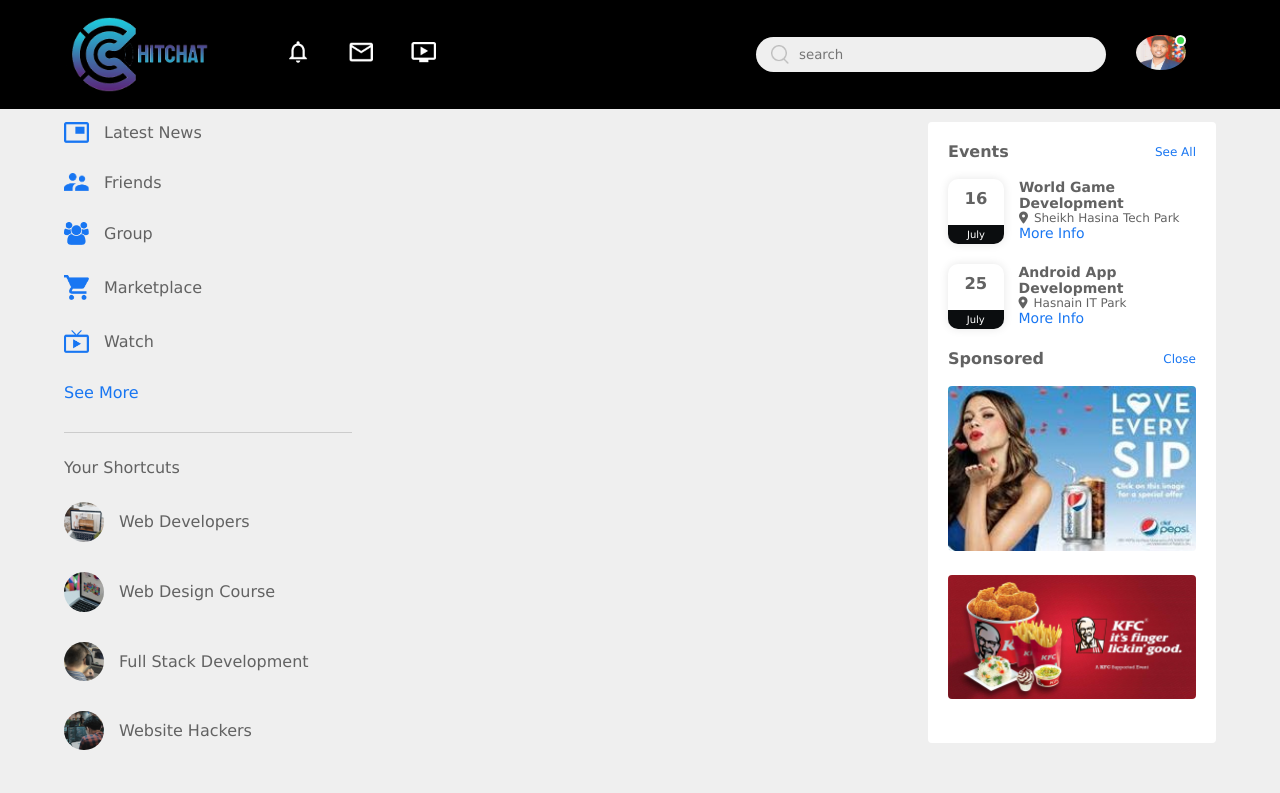
Repository: omarhasnain/ChitChat
Page: index.html
An editor plug-in stored every save of this project. The page is shown before and after the next save, followed by the edit.
The browser window is 1280 px wide. The pictures show the whole page.
Some web libraries are served in a nearby version.

Above is the page before, as saved 2021-07-12 22:34:03.

### index.html
<!DOCTYPE html>
<html lang="en">

<head>
    <meta charset="UTF-8">
    <meta http-equiv="X-UA-Compatible" content="IE=edge">
    <meta name="viewport" content="width=device-width, initial-scale=1.0">
    <title>ChitChat</title>
    <link rel="stylesheet" href="style.css">
    <link rel="shortcut icon" href="images/fav-ico.ico" type="image/x-icon">
    <script src="https://kit.fontawesome.com/07933890e6.js" crossorigin="anonymous"></script>
</head>

<body>
    <nav>
        <div class="nav-left">
            <img src="images/logo4.png" alt="logo" class="logo">
            <ul>
                <li><img src="images/notification.png" alt="" class=""></li>
                <li><img src="images/inbox.png" alt="" class=""></li>
                <li><img src="images/video.png" alt="" class=""></li>
            </ul>
        </div>
        <div class="nav-right">
            <div class="search-box">
                <img src="images/search.png" alt="">
                <input type="text" placeholder="search">
            </div>
            <div class="nav-user-icon online">
                <img src="images/FC.jpg" alt="">
            </div>
        </div>
    </nav>
    <div class="container">
        <!---- Left sidebar --->
        <div class="left-sidebar">
            <div class="important-links">
                <a href="#"><img src="images/news.png" alt="news">Latest News</a>
                <a href="#"><img src="images/friends.png">Friends</a>
                <a href="#"><img src="images/group.png">Group</a>
                <a href="#"><img src="images/marketplace.png">Marketplace</a>
                <a href="#"><img src="images/watch.png">Watch</a>
                <a href="#">See More</a>
            </div>
            <div class="shortcut-links">
                <p>Your Shortcuts</p>
                <a href="#"><img src="images/shortcut-1.png" alt="">Web Developers</a>
                <a href="#"><img src="images/shortcut-2.png" alt="">Web Design Course</a>
                <a href="#"><img src="images/shortcut-3.png" alt="">Full Stack Development</a>
                <a href="#"><img src="images/shortcut-4.png" alt="">Website Hackers</a>
            </div>
        </div>
        <!---- Main Content --->
        <div class="main-content"></div>
        <!---- Right sidebar --->
        <div class="right-sidebar">
            <div class="sidebar-title">
                <h4>Events</h4>
                <a href="#">See All</a>
            </div>
            <div class="event">
                <div class="left-event">
                    <h3>16</h3>
                    <span>July</span>
                </div>
                <div class="right-event">
                    <h4>World Game Development</h4>
                    <p><i class="fas fa-map-marker-alt"></i>Sheikh Hasina Tech Park</p>
                    <a href="">More Info</a>
                </div>
            </div>
            <div class="event">
                <div class="left-event">
                    <h3>25</h3>
                    <span>July</span>
                </div>
                <div class="right-event">
                    <h4>Android App Development</h4>
                    <p><i class="fas fa-map-marker-alt"></i>Hasnain IT Park </p>
                    <a href="">More Info</a>
                </div>
            </div>
            <div class="sidebar-title">
                <h4>Sponsored</h4>
                <a href="#">Close</a>
            </div>
            <a href="https://www.pepsi.com/" target="blank"><img src="images/pepsi-sip.jpg" class="sidebar-ads" alt=""></a><br>
            <a href="https://kfcbd.com/" target="blank"> <img src="images/kfc.jpg" class="sidebar-ads" alt=""></a>


        </div>
    </div>
</body>

</html>

### style.css
* {
    margin: 0;
    padding: 0;
    font-family: Verdana;
    box-sizing: border-box;
}

body {
    background-color: #efefef;
}

nav {
    display: flex;
    align-items: center;
    justify-content: space-between;
    background: rgb(0, 0, 0);
    padding: 5px 5%;
    position: sticky;
    top: 0;
    z-index: 100;
}

.logo {
    width: 160px;
    margin-right: 45px;
}

.nav-left,
.nav-right {
    display: flex;
    align-items: center;
}

.nav-left ul li {
    list-style: none;
    display: inline-block;
}

.nav-left ul li img {
    width: 28px;
    margin: 0 15px;
    cursor: pointer;
}

.nav-user-icon img {
    width: 50px;
    height: 35px;
    border-radius: 100%;
    cursor: pointer;
}

.nav-user-icon {
    margin: 30px;
}

.search-box {
    background: #efefef;
    width: 350px;
    border-radius: 20px;
    display: flex;
    align-items: center;
    padding: 0 15px;
}

.search-box img {
    width: 18px;
    cursor: pointer;
}

.search-box input {
    background: transparent;
    width: 100%;
    border: 0;
    display: flex;
    align-items: center;
    padding: 10px;
    outline: none;
}

.online {
    position: relative;
}

.online::after {
    content: '';
    width: 7px;
    height: 7px;
    border: 2px solid #fff;
    border-radius: 50%;
    background: #41db51;
    position: absolute;
    top: 0;
    right: 0;
}

.container {
    display: flex;
    justify-content: space-between;
    padding: 13px 5%;
}

.left-sidebar {
    flex-basis: 25%;
    position: sticky;
    top: 70px;
    align-self: flex-start;
}

.right-sidebar {
    flex-basis: 25%;
    position: sticky;
    top: 70px;
    align-self: flex-start;
    background: #fff;
    padding: 20px;
    border-radius: 4px;
    color: #626262;
}

.main-content {
    flex-basis: 47%;
}

.important-links a,
.shortcut-links a {
    text-decoration: none;
    display: flex;
    align-items: center;
    margin-bottom: 30px;
    color: #626262;
    width: fit-content;
}

.important-links a img {
    width: 25px;
    margin-right: 15px;
}

.important-links a:last-child {
    color: #1876f2;
}

.important-links {
    border-bottom: 1px solid #ccc;
}

.shortcut-links a img {
    width: 40px;
    border-radius: 30px;
    margin-right: 15px;
}

.shortcut-links p {
    margin: 25px 0;
    color: #626262;
    font-weight: 500;
}

.sidebar-title {
    display: flex;
    align-items: center;
    justify-content: space-between;
    margin-bottom: 18px;
}

.sidebar-title h4 {
    font-weight: 600;
    font-size: 16px;
}

.sidebar-title a {
    text-decoration: none;
    color: #1876f2;
    font-size: 12px;
}

.event {
    display: flex;
    font-size: 14px;
    margin-bottom: 20px;
}

.left-event {
    border-radius: 10px;
    height: 65px;
    width: 65px;
    margin-right: 15px;
    padding-top: 10px;
    text-align: center;
    position: relative;
    overflow: hidden;
    box-shadow: 0 0 10px rgba(0, 0, 0, 0.1);
}

.event p {
    font-size: 12px;
}

.event a {
    font-size: 12 px;
    text-decoration: none;
    color: #1876f2;
}

.left-event span {
    position: absolute;
    bottom: 0;
    left: 0;
    width: 100%;
    background: #0b0d0f;
    font-size: 10px;
    padding: 4px 0;
    color: #fff;
}

.fas {
    padding-right: 6px;
}

.sidebar-ads {
    width: 100%;
    margin-bottom: 20px;
    border-radius: 4px;
    cursor: pointer;
}

After the next save:
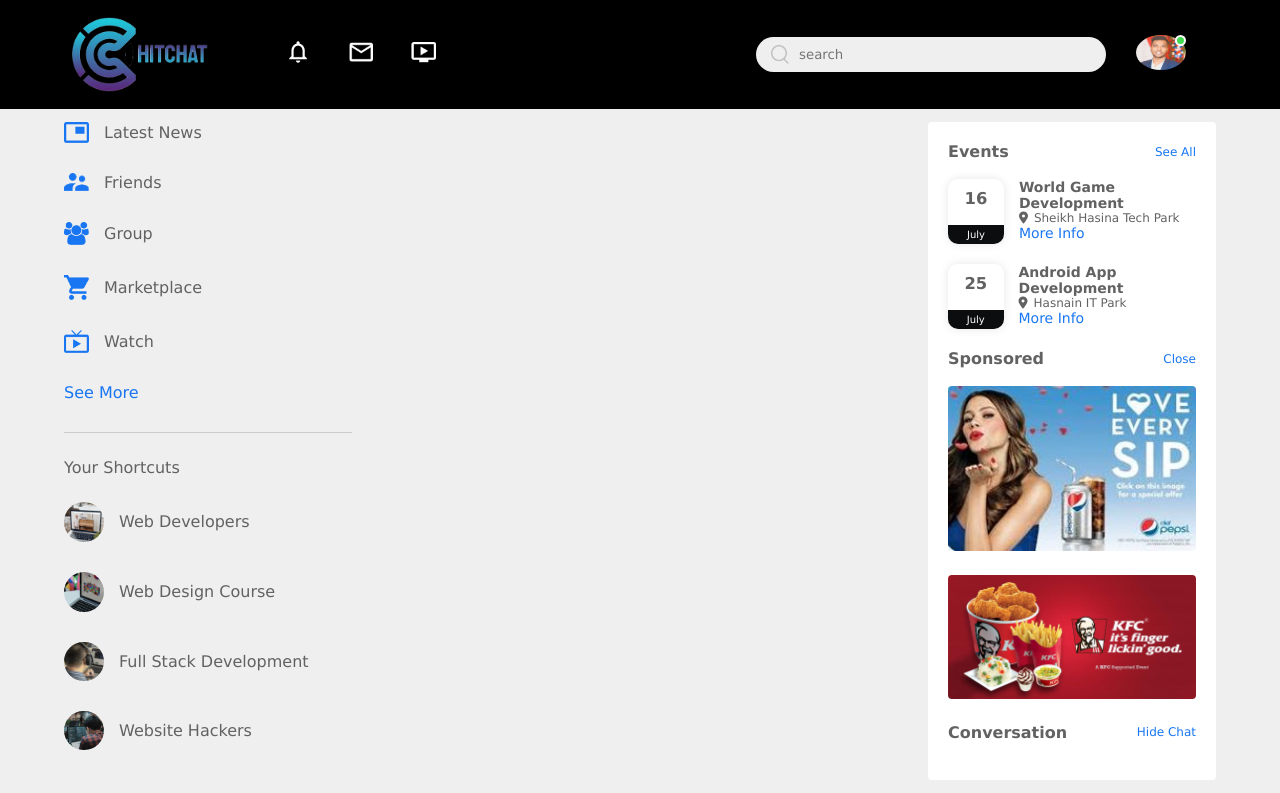
Saved 2 min 52 s later.
--- a/index.html
+++ b/index.html
@@ -86,8 +86,10 @@
             </div>
             <a href="https://www.pepsi.com/" target="blank"><img src="images/pepsi-sip.jpg" class="sidebar-ads" alt=""></a><br>
             <a href="https://kfcbd.com/" target="blank"> <img src="images/kfc.jpg" class="sidebar-ads" alt=""></a>
-
-
+            <div class="sidebar-title">
+                <h4>Conversation</h4>
+                <a href="#">Hide Chat</a>
+            </div>
         </div>
     </div>
 </body>
